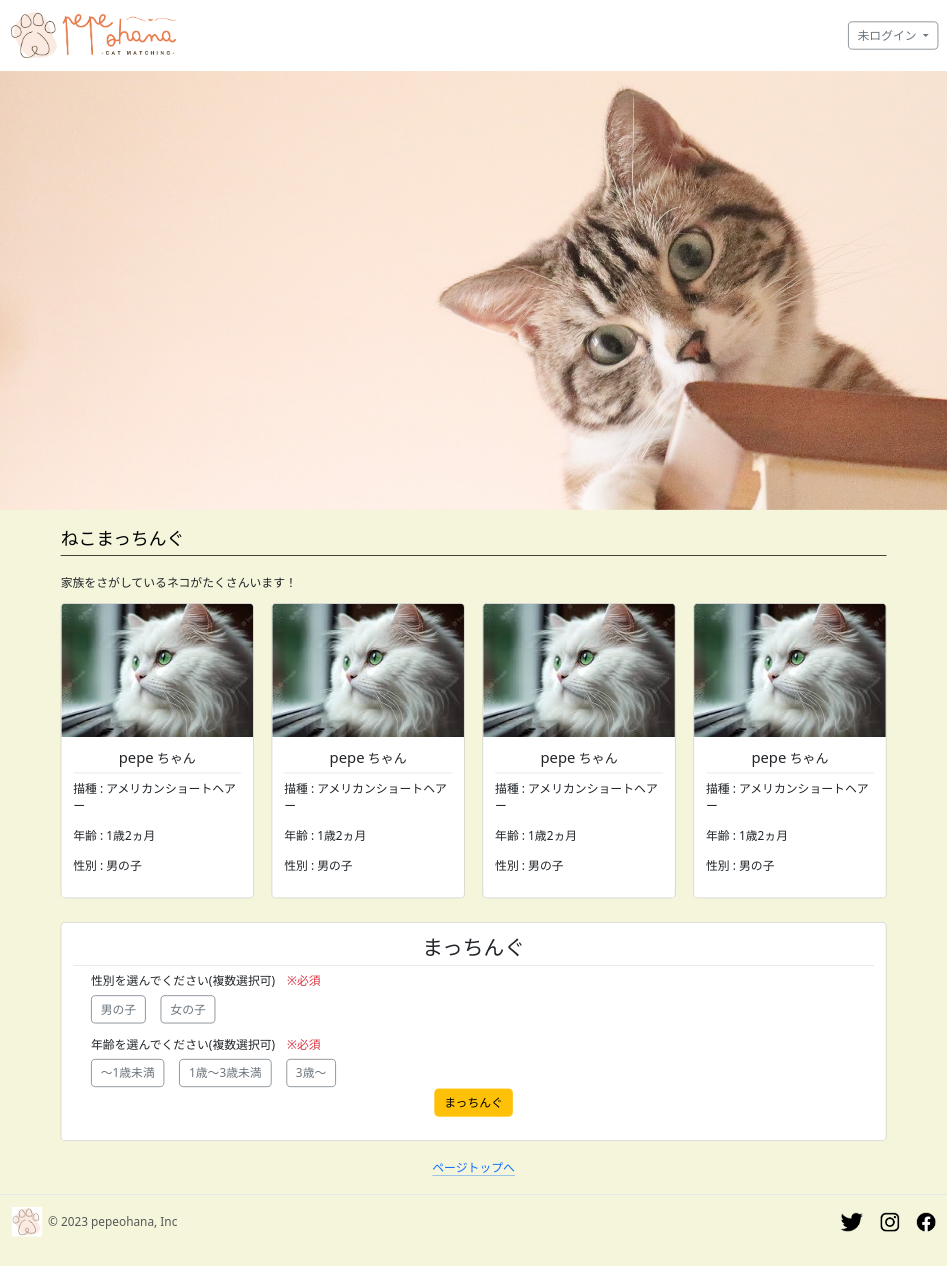
Repository: sakuwell/pepe
Page: http://localhost/PepeOhana/
An editor plug-in stored every save of this project. The page is shown before and after the next save, followed by the edit.
The browser window is 1280 px wide. The pictures show the whole page, at 74% of full size.
The page is served by Tomcat 9. Other server files are loaded and not shown.

Above is the page before, as saved 2023-09-06 06:40:02.

### ExWorkSpace/PepeOhana/src/main/webapp/index.jsp
<%@ page language="java" contentType="text/html; charset=UTF-8"
    pageEncoding="UTF-8"%>
<%@ page import="model.UsersInfoDto" %>

<!DOCTYPE html>
<html lang="ja">
<head>
    <meta charset="UTF-8">
    <meta name="viewport" content="width=device-width, initial-scale=1.0">
    <!-- Bootstrap CSS -->
    <link href="https://cdn.jsdelivr.net/npm/bootstrap@5.3.0/dist/css/bootstrap.min.css" rel="stylesheet" integrity="sha384-9ndCyUaIbzAi2FUVXJi0CjmCapSmO7SnpJef0486qhLnuZ2cdeRhO02iuK6FUUVM" crossorigin="anonymous">
    <script src="https://cdn.jsdelivr.net/npm/bootstrap@5.3.0/dist/js/bootstrap.bundle.min.js" integrity="sha384-geWF76RCwLtnZ8qwWowPQNguL3RmwHVBC9FhGdlKrxdiJJigb/j/68SIy3Te4Bkz" crossorigin="anonymous"></script>
    <title>Top | pepeohana</title>
</head>

<%
    // セッションを取得
	UsersInfoDto userInfoOnSession = (UsersInfoDto)session.getAttribute("LOGIN_INFO");
	boolean isLoggedIn = false;
	String userName = "";
	//HttpSession mysession = request.getSession(true);

    // セッションが存在し、username属性もセットされている場合はログイン済み
    if (userInfoOnSession != null) {
		userName = userInfoOnSession.getUserName();
        isLoggedIn = true;
    }
%>

<body  style="background-color:beige;">
	<% if (isLoggedIn) { %>
    <!-- ログイン済ヘッダー -->
    <nav class="navbar navbar-expand-lg navbar-light bg-white">
        <div class="container-fluid">
            <a class="navbar-brand" href="index.jsp">
                <img src="images/pepe_ohana_logo.png" alt="ページロゴ" width="auto" height="70">
            </a>
            <div class="btn-group">
                <button type="button" class="btn btn-secondary dropdown-toggle" data-bs-toggle="dropdown" aria-expanded="false">
                    userName
                </button>
                <ul class="dropdown-menu dropdown-menu-end">
                    <li><a class="dropdown-item" href="<%=request.getContextPath()%>/ExeMyPage">マイページ</a></li>
                    <li><a class="dropdown-item" href="<%=request.getContextPath()%>/ExeLogout">ログアウト</a></li>
                </ul>
            </div>
        </div>
    </nav>
    <!-- ログイン済ヘッダーここまで -->
    <% } else { %>
    <!-- 未ログインヘッダー -->
    <nav class="navbar navbar-expand-lg navbar-light bg-white">
    	<div class="container-fluid">
        	<a class="navbar-brand" href="index.jsp">
          		<img src="images/pepe_ohana_logo.png" alt="ページロゴ" width="auto" height="70">
          	</a>
         	<div class="btn-group">
            	<button type="button" class="btn btn-outline-secondary dropdown-toggle" data-bs-toggle="dropdown" aria-expanded="false">
             		 未ログイン
            	</button>
            	<ul class="dropdown-menu dropdown-menu-end">
              		<li><a class="dropdown-item" href="jsp/Login.jsp">ログイン</a></li>
              		<li><a class="dropdown-item" href="jsp/registUser.jsp">新規ユーザー登録</a></li>
            	</ul>
          	</div>
        </div>
    </nav>
    <!-- 未ログインヘッダーここまで -->
    <% } %>


    <!-- ヒーロー画像 -->
    <img class="img-fluid mb-4" src="images/hero_index.jpg"  alt="index画像" style="max-height:600px; width:100%; object-fit: cover;">

    <!-- ここから下　ページごとの内容 -->
    <div class="container">
        <div class="h4 pb-2 mb-4 text-black border-bottom border-black">
            ねこまっちんぐ
        </div>
            <p>家族をさがしているネコがたくさんいます！</p>
        <!-- 猫カードエリア -->
        <div class="row">
           <!-- カードのコンテンツ1 -->
           <div class="col-6 col-md-4 col-lg-3">
                <div class="card mb-3">
                	<img src="images/cat_2.jpg" style="height:180px; width: 100%; object-fit: cover;" class="card-img-top" alt="猫画像">
                    <div class="card-body">
                        <h5 class="card-title text-center border-bottom pb-2">pepe<small> ちゃん</small></h5>
                        <p class="card-text text-right">描種 : アメリカンショートヘアー</p>
                        <p class="card-text text-right">年齢 : 1歳2ヵ月</p>
                        <p class="card-text text-right">性別 : 男の子</p>
                        <div class="d-flex justify-content-center">
                            <a href="#" class="stretched-link"></a>
                        </div>
                    </div>
                </div>
            </div>
           <!-- カードのコンテンツ2 -->
           <div class="col-6 col-md-4 col-lg-3">
                <div class="card mb-3">
                	<img src="images/cat_2.jpg" style="height:180px; width: 100%; object-fit: cover;" class="card-img-top" alt="猫画像">
                    <div class="card-body">
                        <h5 class="card-title text-center border-bottom pb-2">pepe<small> ちゃん</small></h5>
                        <p class="card-text text-right">描種 : アメリカンショートヘアー</p>
                        <p class="card-text text-right">年齢 : 1歳2ヵ月</p>
                        <p class="card-text text-right">性別 : 男の子</p>
                        <div class="d-flex justify-content-center">
                            <a href="#" class="stretched-link"></a>
                        </div>
                    </div>
                </div>
            </div>
           <!-- カードのコンテンツ3 -->
           <div class="col-6 col-md-4 col-lg-3">
                <div class="card mb-3">
                	<img src="images/cat_2.jpg" style="height:180px; width: 100%; object-fit: cover;" class="card-img-top" alt="猫画像">
                    <div class="card-body">
                        <h5 class="card-title text-center border-bottom pb-2">pepe<small> ちゃん</small></h5>
                        <p class="card-text text-right">描種 : アメリカンショートヘアー</p>
                        <p class="card-text text-right">年齢 : 1歳2ヵ月</p>
                        <p class="card-text text-right">性別 : 男の子</p>
                        <div class="d-flex justify-content-center">
                            <a href="#" class="stretched-link"></a>
                        </div>
                    </div>
                </div>
            </div>
           <!-- カードのコンテンツ4 -->
           <div class="col-6 col-md-4 col-lg-3">
                <div class="card mb-3">
                	<img src="images/cat_2.jpg" style="height:180px; width: 100%; object-fit: cover;" class="card-img-top" alt="猫画像">
                     <div class="card-body">
                         <h5 class="card-title text-center border-bottom pb-2">pepe<small> ちゃん</small></h5>
                         <p class="card-text text-right">描種 : アメリカンショートヘアー</p>
                         <p class="card-text text-right">年齢 : 1歳2ヵ月</p>
                         <p class="card-text text-right">性別 : 男の子</p>
                         <div class="d-flex justify-content-center">
                             <a href="#" class="stretched-link"></a>
                         </div>
                     </div>
                 </div>
            </div>
		</div>

        <!-- 検索フォームエリア -->
        <div class="card mt-3 p-3">
         	<form action="SearchCat">
         		<h3 class="border-bottom pb-2" style="text-align:center;">まっちんぐ</h3>
         		<div class="form-check">
					<label for="" class="form-label">性別を選んでください(複数選択可)<span class="text-danger">　※必須</span></label><br>
	         		<input type="checkbox" class="btn-check" id="gender_1" autocomplete="off">
					<label class="btn btn-outline-secondary" for="gender_1">男の子</label>
	         		<input type="checkbox" class="btn-check" id="gender_2" autocomplete="off">
					<label class="btn btn-outline-secondary ms-3" for="gender_2">女の子</label>
				</div>
         		<div class="form-check mt-3">
					<label for="" class="form-label">年齢を選んでください(複数選択可)<span class="text-danger">　※必須</span></label><br>
	         		<input type="checkbox" class="btn-check" id="age_1" autocomplete="off">
					<label class="btn btn-outline-secondary" for="age_1">～1歳未満</label>
	         		<input type="checkbox" class="btn-check" id="age_2" autocomplete="off">
					<label class="btn btn-outline-secondary ms-3" for="age_2">1歳～3歳未満</label>
	         		<input type="checkbox" class="btn-check" id="age_3" autocomplete="off">
					<label class="btn btn-outline-secondary ms-3" for="age_3">3歳～</label>
				</div>
				<p style="text-align:center; margin:0,10px,0,0;">
					<button type="submit" class="btn btn-warning">まっちんぐ</button>
				</p>
			</form>
		</div>

	</div>
    <!-- ここまで　ページごとの内容 -->

    <!-- フッター -->
    <div class="text-center mt-4">
        <a class="icon-link icon-link-hover" href="#">
            ページトップへ
        </a>
	</div>
	<footer class="d-flex flex-wrap justify-content-between align-items-center py-3 my-4 border-top">
    	<div class="col-md-4 d-flex align-items-center ms-3">
        	<a href="index.jsp" class="mb-3 me-2 mb-md-0"><img alt="ロゴ画像" src="images/nikukyu_logo.png" width="auto" height="40"></a>
          	<span class="mb-3 mb-md-0 text-body-secondary">© 2023 pepeohana, Inc</span>
        </div>
        <ul class="nav col-md-4 justify-content-end list-unstyled d-flex me-3">
            <li><a href="#"><img src=images/twitter_logo.png width="auto" height="25"></a></li>
            <li class="ms-4"><a href="#"><img src=images/insta_logo.png width="auto" height="25"></a></li>
            <li class="ms-4"><a href="#"><img src=images/facebook_logo.png width="auto" height="25"></a></li>
        </ul>
	</footer>
    <!-- フッター　ここまで -->

</body>
</html>

After the next save:
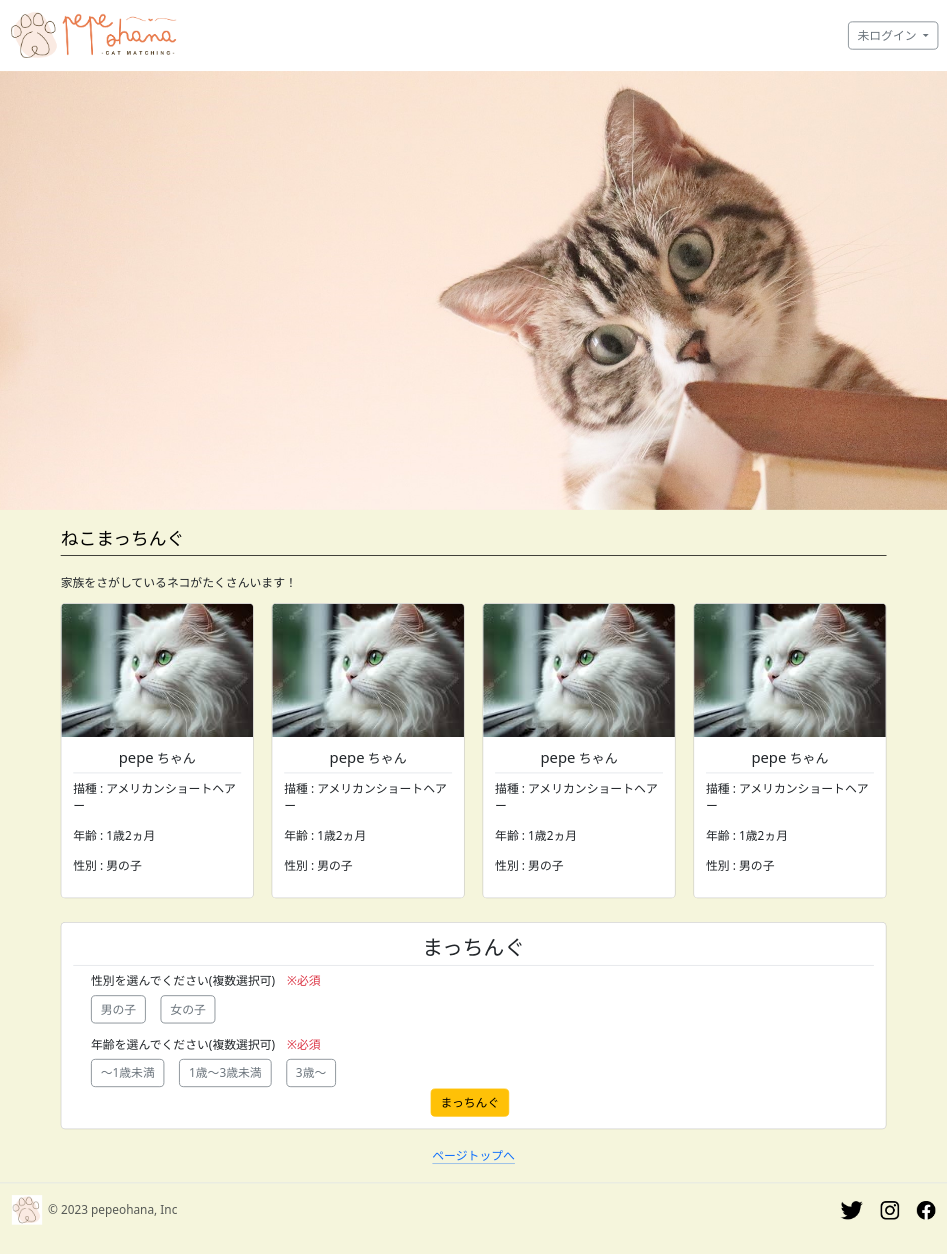
Saved 26 s later.
--- a/ExWorkSpace/PepeOhana/src/main/webapp/index.jsp
+++ b/ExWorkSpace/PepeOhana/src/main/webapp/index.jsp
@@ -162,7 +162,7 @@
 	         		<input type="checkbox" class="btn-check" id="age_3" autocomplete="off">
 					<label class="btn btn-outline-secondary ms-3" for="age_3">3歳～</label>
 				</div>
-				<p style="text-align:center; margin:0,10px,0,0;">
+				<p style="text-align:center; margin:0 10px 0 0;">
 					<button type="submit" class="btn btn-warning">まっちんぐ</button>
 				</p>
 			</form>
